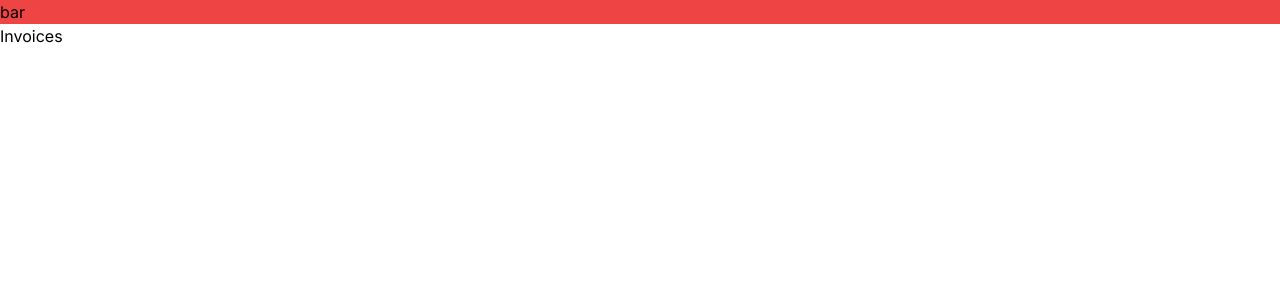
Repository: theoneswhodead/invoice-app
Page: /
These files come from the project's save history. The page is drawn as it stood at one moment and after the next save; the edit follows.
The browser window is 1280 px wide. The pictures show the whole page.
The project was rebuilt for these pictures with package versions that can differ from the ones it lists, and the page was loaded fresh each time. The framework's server and built-in components were replaced by stand-ins that run in the browser. Also part of the build but not shown: next.config.mjs.

Above is the page before, as saved 2024-08-19 17:31:02.

### app/layout.tsx
import type { Metadata } from "next";
import { Inter } from "next/font/google";
import "./globals.css";

const inter = Inter({ subsets: ["latin"] });

export const metadata: Metadata = {
  title: "Invoice app<",
  description: "Invoice app",
};

export default function RootLayout({
  children,
}: Readonly<{
  children: React.ReactNode;
}>) {
  return (
    <html lang="en" className="dark">
      <head>
        <link
            rel="icon"
            type="image/png"
            sizes="16x16"
            href="/favicon-32x32.png"
          />
      </head>
      <body className={inter.className}>{children}</body>
    </html>
  );
}

### app/page.tsx
import BarMenu from "./components/BarMenu";
import Invoices from "./components/Invoices";

export default function Home() {
  return (
    <main className="">
      <BarMenu />
      <Invoices />
    </main>
  );
}

### app/globals.css
@import url('https://fonts.googleapis.com/css2?family=League+Spartan:wght@100..900&display=swap');

@tailwind base;
@tailwind components;
@tailwind utilities;

### app/components/BarMenu.tsx
import React from 'react'

const BarMenu = () => {
  return (
    <div className='bg-black dark:bg-red-500'>
      bar
    </div>
  )
}

export default BarMenu

### app/components/Invoices.tsx
import React from 'react'

const Invoices = () => {
  return (
    <div>
      Invoices
    </div>
  )
}

export default Invoices

### tailwind.config.ts
import type { Config } from "tailwindcss";

const config: Config = {
  content: [
    "./pages/**/*.{js,ts,jsx,tsx,mdx}",
    "./components/**/*.{js,ts,jsx,tsx,mdx}",
    "./app/**/*.{js,ts,jsx,tsx,mdx}",
  ],
  darkMode: 'selector',
  theme: {
    extend: {
      colors: {
        "purple": "#7C5DFA",
        "light_purple": "#9277FF",
        "charcoal_blue": "#1E2139",
        "charcoal_gray": "#252945",
        "lavender_blue": "#DFE3FA",
        "cool_gray": "#888EB0",
        "wild_blue_yonder": "#7E88C3",
        "gunmetal": "#0C0E16",
        "coral_red": "#EC5757",
        "periwinkle": "#9277FF",
        "off_white": "#F8F8FB",
        "rich_black": "#141625"
      },
      fontFamily: {
        Leagie_Spartan: ["League Spartan", "sans-serif"],
      },
      screens: {
        xxs: "280px",
        xs: "380px",
        ss: "580px",
        sm: "768px",
        md: "1060px",
        lg: "1440px",
        xl: "1700px",
      },
    },
  },
  plugins: [],
};
export default config;

After the next save:
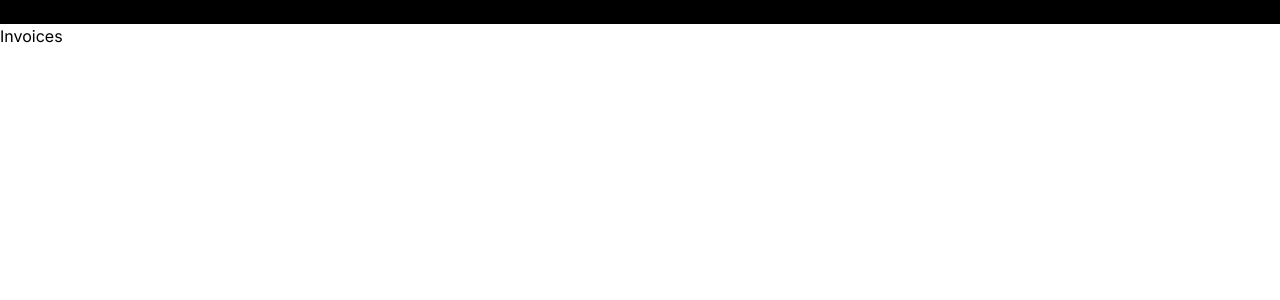
Saved 9 s later.
--- a/app/layout.tsx
+++ b/app/layout.tsx
@@ -15,7 +15,7 @@ export default function RootLayout({
   children: React.ReactNode;
 }>) {
   return (
-    <html lang="en" className="dark">
+    <html lang="en">
       <head>
         <link
             rel="icon"
